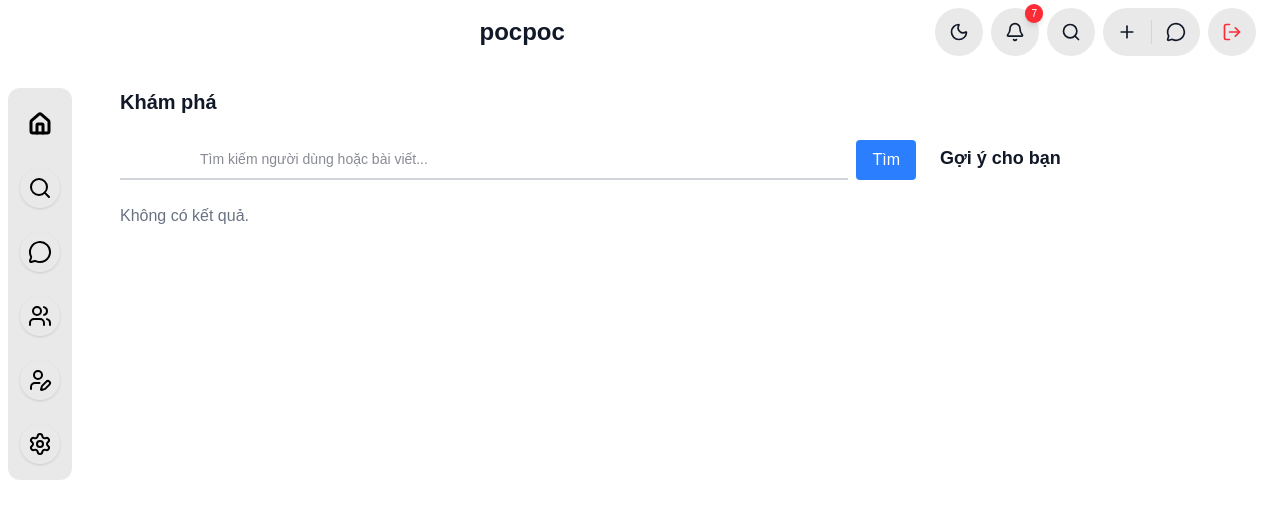
Repository: Hoang18769/pocpoc
Page: /search
These files come from the project's save history. The page is drawn as it stood at one moment and after the next save; the edit follows.
The browser window is 1280 px wide. The pictures show the whole page.
The project was rebuilt for these pictures with package versions that can differ from the ones it lists, and the page was loaded fresh each time. The framework's server and built-in components were replaced by stand-ins that run in the browser. Also part of the build but not shown: next.config.mjs, src/hooks/useChat.js, src/hooks/useSendMessageSocket.js, src/components/ui-components/Avatar.jsx, src/components/social-app-component/ChatHeader.jsx, src/components/social-app-component/MessageItem.jsx, src/components/social-app-component/ChatInput.jsx, src/components/ui-components/FilePreviewInChat.jsx and 14 more.

Above is the page before, as saved 2025-06-16 19:03:32.

### src/app/layout.js
import { Geist, Geist_Mono } from "next/font/google";
import "./globals.css";
import ThemeProvider from "@/providers/ThemeProvider";
import Script from "next/script";
import { NotificationProvider } from "@/store/NotificationContext";

export default function RootLayout({ children }) {
  return (
    <html lang="en" suppressHydrationWarning>
      <head>
        <Script
          id="theme-switcher"
          strategy="beforeInteractive"
          dangerouslySetInnerHTML={{
            __html: `
              (function () {
                try {
                  const theme = localStorage.getItem("theme");
                  const systemDark = window.matchMedia("(prefers-color-scheme: dark)").matches;
                  const resolved = theme === "dark" || (theme === "system" && systemDark);
                  if (resolved) {
                    document.documentElement.classList.add("dark");
                  } else {
                    document.documentElement.classList.remove("dark");
                  }
                } catch (_) {}
              })();
            `,
          }}
        />
      </head>
      <body>
        <ThemeProvider>
          <NotificationProvider>{children}</NotificationProvider>{" "}
        </ThemeProvider>
      </body>
    </html>
  );
}

### src/app/(home)/search/page.js
"use client"

import React, { useState } from "react"
import api from "@/utils/axios"
import PostCard from "@/components/social-app-component/PostCard"
import Avatar from "@/components/ui-components/Avatar"
import Input from "@/components/ui-components/Input"

export default function ExplorerPage() {
  const [query, setQuery] = useState("")
  const [results, setResults] = useState({ USER: [], POST: [] })
  const [loading, setLoading] = useState(false)

  const handleSubmit = async (e) => {
    e.preventDefault()
    const trimmed = query.trim()
    if (!trimmed) return

    try {
      setLoading(true)
      const res = await api.get("/v1/search", {
        params: {
          query: trimmed,
          type: "NOT_SET",
          page: 0,
          size: 10,
        },
      })
      setResults(res.data.body)
    } catch (err) {
      console.error("Lỗi khi tìm kiếm", err)
    } finally {
      setLoading(false)
    }
  }

  return (
    <div className="flex flex-col lg:flex-row gap-6 px-4 py-6">
      {/* Cột trái: tìm kiếm và kết quả */}
      <div className="flex-1 space-y-6">
        <h1 className="text-xl font-bold">Khám phá</h1>

        {/* Form tìm kiếm */}
        <form onSubmit={handleSubmit} className="flex gap-2">
          <Input
            value={query}
            onChange={(e) => setQuery(e.target.value)}
            placeholder="Tìm kiếm người dùng hoặc bài viết..."
            className="flex-1"
          />
          <button
            type="submit"
            className="px-4 py-2 bg-blue-500 text-white rounded hover:bg-blue-600"
          >
            Tìm
          </button>
        </form>

        {/* Loading */}
        {loading && <p className="text-sm text-gray-500">Đang tìm kiếm...</p>}

        {/* Kết quả */}
        {!loading && results.USER.length === 0 && results.POST.length === 0 && (
          <p className="text-gray-500">Không có kết quả.</p>
        )}

        {/* Người dùng */}
        {results.USER.length > 0 && (
          <div className="space-y-3">
            <h2 className="text-lg font-semibold">Người dùng</h2>
            <ul className="space-y-2">
              {results.USER.map((user) => (
                <li key={user.id} className="flex items-center justify-between gap-3">
                  <div className="flex items-center gap-3">
                    <Avatar
                      src={user.avatar || ""}
                      alt={user.username}
                      width={40}
                      height={40}
                      className="w-10 h-10 rounded-full"
                    />
                    <div>
                      <p className="font-medium">{user.username}</p>
                      <p className="text-sm text-gray-500">
                        {user.givenName} {user.familyName}
                      </p>
                    </div>
                  </div>
                  <button className="text-sm text-blue-500 hover:underline">Theo dõi</button>
                </li>
              ))}
            </ul>
          </div>
        )}

        {/* Bài viết */}
        {results.POST.length > 0 && (
          <div className="space-y-3">
            <h2 className="text-lg font-semibold">Bài viết</h2>
            {results.POST.map((post) => (
              <PostCard key={post.id} post={post} />
            ))}
          </div>
        )}
      </div>

      {/* Cột phải: gợi ý */}
      <div className="w-full lg:w-[300px] shrink-0">
        <div className="sticky top-20 space-y-4">
          <h2 className="text-lg font-semibold">Gợi ý cho bạn</h2>
          <ul className="space-y-3">
            {results.USER.slice(0, 3).map((user) => (
              <li key={user.id} className="flex items-center justify-between gap-3">
                <div className="flex items-center gap-3">
                  <Avatar
                    src={user.avatar || ""}
                    alt={user.username}
                    width={40}
                    height={40}
                    className="w-10 h-10 rounded-full"
                  />
                  <span className="font-medium">{user.username}</span>
                </div>
                <button className="text-sm text-blue-500 hover:underline">Theo dõi</button>
              </li>
            ))}
          </ul>
        </div>
      </div>
    </div>
  )
}

### src/app/globals.css
@import "tailwindcss";
/* @tailwind base;
@tailwind components;
@tailwind utilities; */

/* Root variables for light theme */
:root {
  --background: #ffffff;        /* xám nhạt - nền sáng */
  --foreground: #111827;        /* chữ đậm */

  --muted: #e5e7eb;             /* nền phụ, nhạt */
  --muted-foreground: #6b7280;  /* chữ muted */

  --border: #d1d5db;            /* đường viền nhạt */
  --input: #d1d5db;             /* input nền nhạt */

  --card: rgb(234, 233, 233);              /* nền card sáng */
  --card-foreground: #111827;   /* chữ trên card */

  --accent: #f9fafb;            /* nền accent rất nhạt */
  --accent-foreground: #1f2937; /* chữ accent */

  --primary: #7a7d81;           /* primary màu xám trung bình nhạt */
  --primary-foreground: #ffffff;/* chữ trên nền primary */

  --radius: 0.5rem;
}

/* Dark mode overrides */
.dark {
  --background: #141414;        /* nền xám đậm hơn */
  --foreground: #f3f4f6;        /* chữ sáng */

  --muted: #374151;             /* nền phụ đậm hơn */
  --muted-foreground: #9ca3af;  /* chữ muted sáng hơn */

  --border: #4b5563;            /* đường viền đậm */
  --input: #4b5563;             /* input nền đậm */

  --card: #2f2f2f;              /* nền card đậm */
  --card-foreground: #f3f4f6;   /* chữ trên card */

  --accent: #111827;            /* nền accent đậm */
  --accent-foreground: #e5e7eb; /* chữ accent sáng */

  --primary: #1f2124;           /* primary đậm hơn (xám đậm) */
  --primary-foreground: #ffffff;/* chữ trên primary */
}


body {
  background-color: var(--background);
  color: var(--foreground);
  font-family: Arial, Helvetica, sans-serif;
  transition: background-color 0.3s ease, color 0.3s ease;

}
#nprogress .bar {
  background: #b44ee0;
  height: 3px;
}

/* Ẩn spinner */
#nprogress .spinner {
  display: none !important;
}

/* Autofill override - light and dark mode */
input:-webkit-autofill,
input:-webkit-autofill:hover,
input:-webkit-autofill:focus,
input:-webkit-autofill:active {
  transition: background-color 5000s ease-in-out 0s;
  -webkit-text-fill-color: var(--foreground) !important;
  box-shadow: 0 0 0px 1000px var(--background) inset !important;
  -webkit-box-shadow: 0 0 0px 1000px var(--card) inset !important;
  caret-color: var(--foreground);
}

/* Example utility */
.btn-base {
  @apply px-4 py-2 rounded-md font-medium transition-colors;
}

### src/providers/ThemeProvider.js
"use client"

import { ThemeProvider as NextThemesProvider } from "next-themes"
import { useEffect, useState } from "react"

export default function ThemeProvider({ children }) {
  const [mounted, setMounted] = useState(false)

  useEffect(() => {
    setMounted(true)
  }, [])

  return (
    <NextThemesProvider
      attribute="class"
      defaultTheme="system"
      enableSystem={true}
      storageKey="theme"
    >
      {children}
    </NextThemesProvider>
  )
}

### src/components/ui-components/MotionContainer.jsx
"use client"

import { motion } from "framer-motion"

const variantsMap = {
  fadeUp: {
    initial: { opacity: 0, y: 20 },
    animate: { opacity: 1, y: 0 },
    exit: { opacity: 0, y: -20 },
  },
  fadeDown: {
    initial: { opacity: 0, y: -20 },
    animate: { opacity: 1, y: 0 },
    exit: { opacity: 0, y: 20 },
  },
  zoom: {
    initial: { opacity: 0, scale: 0.95 },
    animate: { opacity: 1, scale: 1 },
    exit: { opacity: 0, scale: 0.95 },
  },
  slideLeft: {
    initial: { opacity: 0, x: 50 },
    animate: { opacity: 1, x: 0 },
    exit: { opacity: 0, x: -50 },
  },
  slideRight: {
    initial: { opacity: 0, x: -50 },
    animate: { opacity: 1, x: 0 },
    exit: { opacity: 0, x: 50 },
  },
  flipIn: {
    initial: { opacity: 0, rotateY: -90 },
    animate: { opacity: 1, rotateY: 0 },
    exit: { opacity: 0, rotateY: 90 },
    transition: { duration: 0.5 },
  },
  scaleY: {
    initial: { opacity: 0, scaleY: 0.8 },
    animate: { opacity: 1, scaleY: 1 },
    exit: { opacity: 0, scaleY: 0.8 },
    style: { transformOrigin: "top" },
  },
}

export default function MotionContainer({
  children,
  modeKey,
  effect = "fadeUp",
  duration = 0.3,
}) {
  const variant = variantsMap[effect] || variantsMap.fadeUp

  return (
    <motion.div
      key={modeKey}
      initial={variant.initial}
      animate={variant.animate}
      exit={variant.exit}
      transition={variant.transition || { duration }}
      style={variant.style}
    >
      {children}
    </motion.div>
  )
}

### src/components/ui-components/Header.jsx
"use client";

import Link from "next/link";
import { useEffect, useRef, useState } from "react";
import { Bell, Search, Plus, MessageCircle, LogOut } from "lucide-react";
import Badge from "@/components/ui-components/Badge";
import ThemeToggle from "./Themetoggle";
import { useRouter } from "next/navigation";
import axios from "axios";
import api, { clearSession } from "@/utils/axios";
import NewPostModal from "../social-app-component/CreatePostForm";
import NotificationList from "../social-app-component/NotificationList";

export default function Header({ className = "" }) {
  const router = useRouter();
  const [showPostModal, setShowPostModal] = useState(false);
  const [showNotifications, setShowNotifications] = useState(false);
  const notificationRef = useRef(null);

  // Đóng notification khi click ra ngoài
  useEffect(() => {
    function handleClickOutside(event) {
      if (
        notificationRef.current &&
        !notificationRef.current.contains(event.target)
      ) {
        setShowNotifications(false);
      }
    }
    if (showNotifications) {
      document.addEventListener("mousedown", handleClickOutside);
    }
    return () => {
      document.removeEventListener("mousedown", handleClickOutside);
    };
  }, [showNotifications]);

  const handleLogout = async () => {
  try {
    await api.delete("/v1/auth/logout");
  } catch (err) {
    console.error("Logout failed:", err.response?.data || err.message);
  } finally {
    clearSession(); // ✅ xoá localStorage + cookie + token headers
    router.push("/register");
  }
};


  return (
    <>
      <header
        className="w-full px-6 flex items-center justify-between bg-[var(--background)]"
        style={{ height: "64px", paddingTop: "0.5rem", paddingBottom: "0.5rem" }}
      >
        <div className="w-1/3"></div>

        {/* Center - Logo */}
        <div className="sm:block w-1/3 flex justify-center">
          <Link href="/home" className="font-bold text-2xl text-[var(--foreground)]">
            pocpoc
          </Link>
        </div>

        <div className="flex justify-end space-x-2 items-center relative">
          <ThemeToggle />

          <button
            type="button"
            aria-label="Notifications"
            onClick={() => setShowNotifications((prev) => !prev)}
            className="w-12 h-12 bg-[var(--card)] rounded-full flex items-center justify-center hover:bg-gray-300 dark:hover:bg-gray-700 transition relative"
          >
            <Bell size={20} className="text-[var(--foreground)]" />
            <Badge asNotification>{7}</Badge>
          </button>

          {showNotifications && (
  <div
    ref={notificationRef}
    className="absolute top-16 right-4 z-50 w-80 max-h-[400px] overflow-y-auto rounded-xl shadow-lg bg-[var(--card)] border border-[var(--border)]"
  >
    <NotificationList />
  </div>
)}
          <button
            type="button"
            aria-label="Search"
            className="w-12 h-12 bg-[var(--card)] rounded-full flex items-center justify-center hover:bg-gray-300 dark:hover:bg-gray-700 transition"
          >
            <Search size={20} className="text-[var(--foreground)]" />
          </button>

          <div
            role="group"
            aria-label="Add and Messages"
            className="h-12 bg-[var(--card)] rounded-full flex items-center"
          >
            <button
              type="button"
              aria-label="Add"
              onClick={() => setShowPostModal(true)}
              className="w-12 h-12 flex items-center justify-center hover:bg-gray-300 dark:hover:bg-gray-700 transition rounded-l-full"
            >
              <Plus size={20} className="text-[var(--foreground)]" />
            </button>

            <div className="h-6 w-px bg-gray-300 dark:bg-gray-700"></div>

            <button
              type="button"
              aria-label="Messages"
              className="w-12 h-12 flex items-center justify-center hover:bg-gray-300 dark:hover:bg-gray-700 transition rounded-r-full"
            >
              <MessageCircle size={20} className="text-[var(--foreground)]" />
            </button>
          </div>

          <button
            type="button"
            aria-label="Logout"
            onClick={handleLogout}
            className="w-12 h-12 bg-[var(--card)] rounded-full flex items-center justify-center hover:bg-red-200 dark:hover:bg-red-700 transition"
          >
            <LogOut size={20} className="text-red-500" />
          </button>
        </div>
      </header>

      {/* 📌 Modal tạo bài viết */}
      {showPostModal && (
        <NewPostModal
          isOpen={showPostModal}
          onClose={() => setShowPostModal(false)}
        />
      )}
    </>
  );
}

### src/components/ui-components/Sidebar.jsx
"use client"

import {useEffect, useState } from "react"
import Link from "next/link"
import { Home, Search, Play, Heart, Users, User, Settings, MessageCircle, UserPen } from "lucide-react"

export default function SidebarNavigation() {
  const [activeItem, setActiveItem] = useState("home")
    const [username, setUsername] = useState(null)

  const menuItems = [
    { id: "home", icon: Home, href: "/index" },
    { id: "search", icon: Search, href: "/search" },
    { id: "message", icon: MessageCircle, href: "/chats" },
    { id: "favorites", icon: Users, href: "/friends" },
    { id: "profile", icon: UserPen, href: username ? `/profile/${username}` : "#" },
    { id: "setting", icon: Settings, href: "/settings" },
  ]
   useEffect(() => {
    const storedUsername = localStorage.getItem("userName")
    if (storedUsername) {
      setUsername(storedUsername)
    }
  }, [])

  return (
    <div
      className={`
        z-50
        fixed bottom-0 left-0 w-full
        flex  justify-around
        md:static md:top-[64px] md:items-start md:h-full
        w-auto md:flex md:px-2 md:py-6
      `}
    >
      <nav className="bg-[var(--card)] p-4 md:rounded-xl flex flex-row md:flex-col items-center justify-around md:justify-center md:space-y-6 w-full md:w-full">
        {menuItems.map((item) => {
          const Icon = item.icon
          return (
            <Link
              key={item.id}
              href={item.href}
              onClick={() => setActiveItem(item.id)}
              className={`
                w-10 h-10 flex items-center justify-center rounded-full transition-colors
                ${
                  activeItem === item.id
                    ? "text-black dark:bg-white"
                    : " text-black shadow hover:bg-white hover:text-black dark:hover:bg-white"
                }
              `}
            >
              <Icon
                size={24}
                strokeWidth={activeItem === item.id ? 3 : 2}
              />
            </Link>
          )
        })}
      </nav>
    </div>
  )
}

### src/components/ui-components/ProgressBar.jsx
"use client"

import { usePathname } from "next/navigation"
import { useEffect } from "react"
import NProgress from "nprogress"
import "nprogress/nprogress.css"

export default function ProgressBar() {
  const pathname = usePathname()

  useEffect(() => {
    NProgress.start()
    const timeout = setTimeout(() => {
      NProgress.done()
    }, 300) // giả lập tải 300ms

    return () => clearTimeout(timeout)
  }, [pathname])

  return null
}

### src/components/ui-components/Input.jsx
"use client"

import { useState, useId } from "react"
import { Eye, EyeOff } from "lucide-react"

export default function Input({
  label,
  type = "text",
  value,
  onChange,
  name,
  placeholder,
  className = "",
}) {
  const [showPassword, setShowPassword] = useState(false)
  const inputType = type === "password" && showPassword ? "text" : type
  const inputId = useId()

  return (
    <div
      className={`
        w-[80%] sm:w-[40%] md:w-[100%]
        border-b-2 border-[var(--border)]
        text-sm text-[var(--foreground)]
        relative flex items-center
        ${className}
      `}
    >
      <label
        htmlFor={inputId}
        className="absolute left-0 top-1/2 -translate-y-1/2 pointer-events-none w-[72px] text-sm font-medium text-gray-500"
      >
        {label}
      </label>

      <input
        id={inputId}
        type={inputType}
        value={value}
        onChange={onChange}
        name={name}
        placeholder={placeholder}
        className="pl-[80px] pr-8 py-2 w-full bg-transparent outline-none"
        autoComplete="off"
      />

      {type === "password" && (
        <button
          type="button"
          onClick={() => setShowPassword(!showPassword)}
          className="absolute right-2 top-1/2 -translate-y-1/2 text-gray-400 hover:text-gray-600"
        >
          {showPassword ? <EyeOff size={18} /> : <Eye size={18} />}
        </button>
      )}
    </div>
  )
}

### src/hooks/fetchNotification.js
import api from "@/utils/axios";

export async function fetchNotifications(token, page = 0, size = 10) {
  try {
    const res = await api.get(`/v1/notifications`, {
      params: { page, size },
      // headers: {
      //   Authorization: `Bearer ${token}`,
      // },
    });
    console.log(res)

    return res.data; // dữ liệu từ backend, thường là { content: [...], ... }
  } catch (error) {
    console.error("Failed to fetch notifications:", error);
    throw new Error("Failed to fetch notifications");
  }
}

### src/components/ui-components/Badge.jsx
"use client";

import React from "react";
import clsx from "clsx";
import { motion, AnimatePresence } from "framer-motion";

export default function Badge({ children, className = "", asNotification = false }) {
  if (asNotification) {
    return (
      <AnimatePresence>
        {children ? (
          <motion.span
            key="notification-badge"
            initial={{ scale: 0.6, opacity: 0 }}
            animate={{ scale: 1, opacity: 1 }}
            exit={{ scale: 0.6, opacity: 0 }}
            transition={{ type: "spring", stiffness: 300, damping: 20 }}
            className={clsx(
              "absolute -top-1 -right-1 z-10",
              "bg-red-500 text-white text-[10px] px-1.5 py-[2px] rounded-full shadow-md",
              className
            )}
          >
            {children > 99 ? "99+" : children}
          </motion.span>
        ) : null}
      </AnimatePresence>
    );
  }

  // Default text label badge
  return (
    <span
      className={clsx(
        "block tracking-wide font-semibold text-[var(--foreground)]",
        "text-xs sm:text-sm md:text-base",
        className
      )}
    >
      {children}
    </span>
  );
}

### src/components/ui-components/Themetoggle.jsx
'use client'

import { useTheme } from 'next-themes'
import { useEffect, useState } from 'react'
import { Moon, Sun } from 'lucide-react'
import { AnimatePresence } from 'framer-motion'
import MotionContainer from './MotionContainer' // đường dẫn đến file MotionContainer của bạn

export default function ThemeToggle() {
  const { theme, resolvedTheme, setTheme } = useTheme()
  const [mounted, setMounted] = useState(false)

  useEffect(() => {
    setMounted(true)
  }, [])

if (!mounted) {
    // Trả về placeholder giữ chỗ để không làm lệch layout
    return <div className="w-12 h-12" />;
  }
  const currentTheme = resolvedTheme === 'dark' ? 'dark' : 'light'

  const toggleTheme = () => {
    setTheme(currentTheme === 'dark' ? 'light' : 'dark')
  }

  return (
    <button
      onClick={toggleTheme}
      className="p-2 w-12 h-12 bg-[var(--card)] rounded-full hover:opacity-90 transition-opacity flex items-center justify-center overflow-hidden"
      aria-label="Toggle theme"
    >
      <AnimatePresence mode="wait" initial={false}>
        <MotionContainer
          key={currentTheme}
          modeKey={currentTheme}
          effect="slideRight" // thử đổi sang zoom, fadeUp, v.v.
          duration={0.4}
        >
          {currentTheme === 'dark' ? (
            <Sun className="h-5 w-5" />
          ) : (
            <Moon className="h-5 w-5" />
          )}
        </MotionContainer>
      </AnimatePresence>
    </button>
  )
}

Loaded but not shown: src/utils/axios.js (186 lines, source omitted); src/app/(home)/layout.js (144 lines, source omitted); src/utils/socket.js (111 lines, source omitted); src/hooks/useNotificationSocket.js (111 lines, source omitted); src/store/NotificationContext.js (49 lines, source omitted)

After the next save:
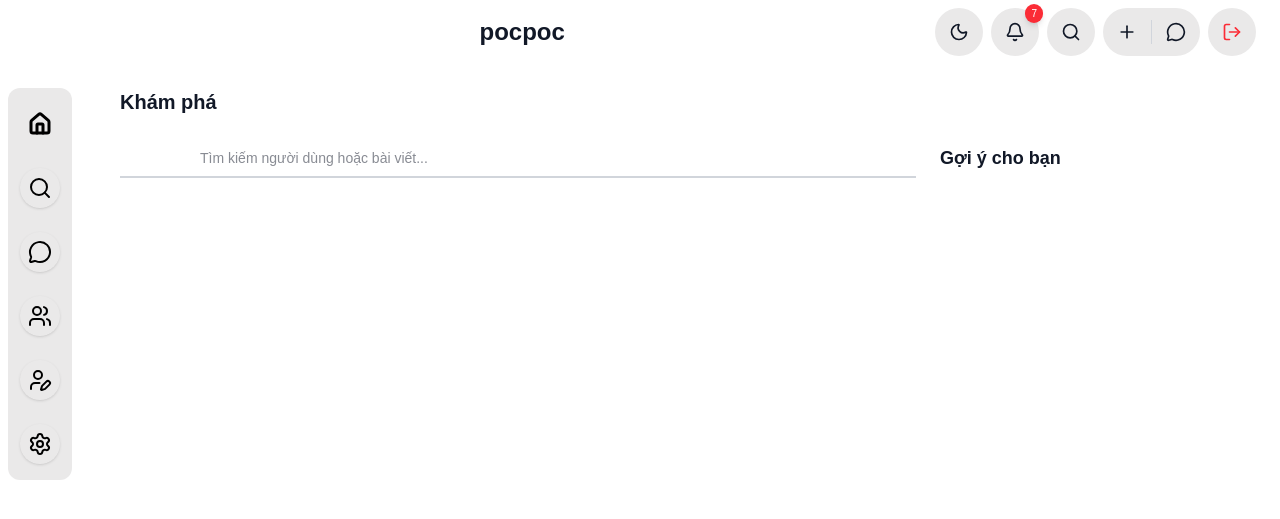
Saved 10 min 4 s later.
--- a/src/app/(home)/search/page.js
+++ b/src/app/(home)/search/page.js
@@ -1,26 +1,39 @@
 "use client"
 
-import React, { useState } from "react"
+import React, { useEffect, useState } from "react"
 import api from "@/utils/axios"
 import PostCard from "@/components/social-app-component/PostCard"
 import Avatar from "@/components/ui-components/Avatar"
 import Input from "@/components/ui-components/Input"
+
+let debounceTimeout = null
 
 export default function ExplorerPage() {
   const [query, setQuery] = useState("")
   const [results, setResults] = useState({ USER: [], POST: [] })
   const [loading, setLoading] = useState(false)
 
-  const handleSubmit = async (e) => {
-    e.preventDefault()
-    const trimmed = query.trim()
-    if (!trimmed) return
+  useEffect(() => {
+    if (!query.trim()) {
+      setResults({ USER: [], POST: [] })
+      return
+    }
 
+    // Debounce 1000ms
+    clearTimeout(debounceTimeout)
+    debounceTimeout = setTimeout(() => {
+      fetchSearch(query.trim())
+    }, 1000)
+
+    return () => clearTimeout(debounceTimeout)
+  }, [query])
+
+  const fetchSearch = async (keyword) => {
     try {
       setLoading(true)
       const res = await api.get("/v1/search", {
         params: {
-          query: trimmed,
+          query: keyword,
           type: "NOT_SET",
           page: 0,
           size: 10,
@@ -28,7 +41,7 @@ export default function ExplorerPage() {
       })
       setResults(res.data.body)
     } catch (err) {
-      console.error("Lỗi khi tìm kiếm", err)
+      console.error("Lỗi tìm kiếm", err)
     } finally {
       setLoading(false)
     }
@@ -40,27 +53,21 @@ export default function ExplorerPage() {
       <div className="flex-1 space-y-6">
         <h1 className="text-xl font-bold">Khám phá</h1>
 
-        {/* Form tìm kiếm */}
-        <form onSubmit={handleSubmit} className="flex gap-2">
+        {/* Ô tìm kiếm */}
+        <div className="flex gap-2">
           <Input
             value={query}
             onChange={(e) => setQuery(e.target.value)}
             placeholder="Tìm kiếm người dùng hoặc bài viết..."
             className="flex-1"
           />
-          <button
-            type="submit"
-            className="px-4 py-2 bg-blue-500 text-white rounded hover:bg-blue-600"
-          >
-            Tìm
-          </button>
-        </form>
+        </div>
 
         {/* Loading */}
         {loading && <p className="text-sm text-gray-500">Đang tìm kiếm...</p>}
 
-        {/* Kết quả */}
-        {!loading && results.USER.length === 0 && results.POST.length === 0 && (
+        {/* Không có kết quả */}
+        {!loading && query && results.USER.length === 0 && results.POST.length === 0 && (
           <p className="text-gray-500">Không có kết quả.</p>
         )}
 
